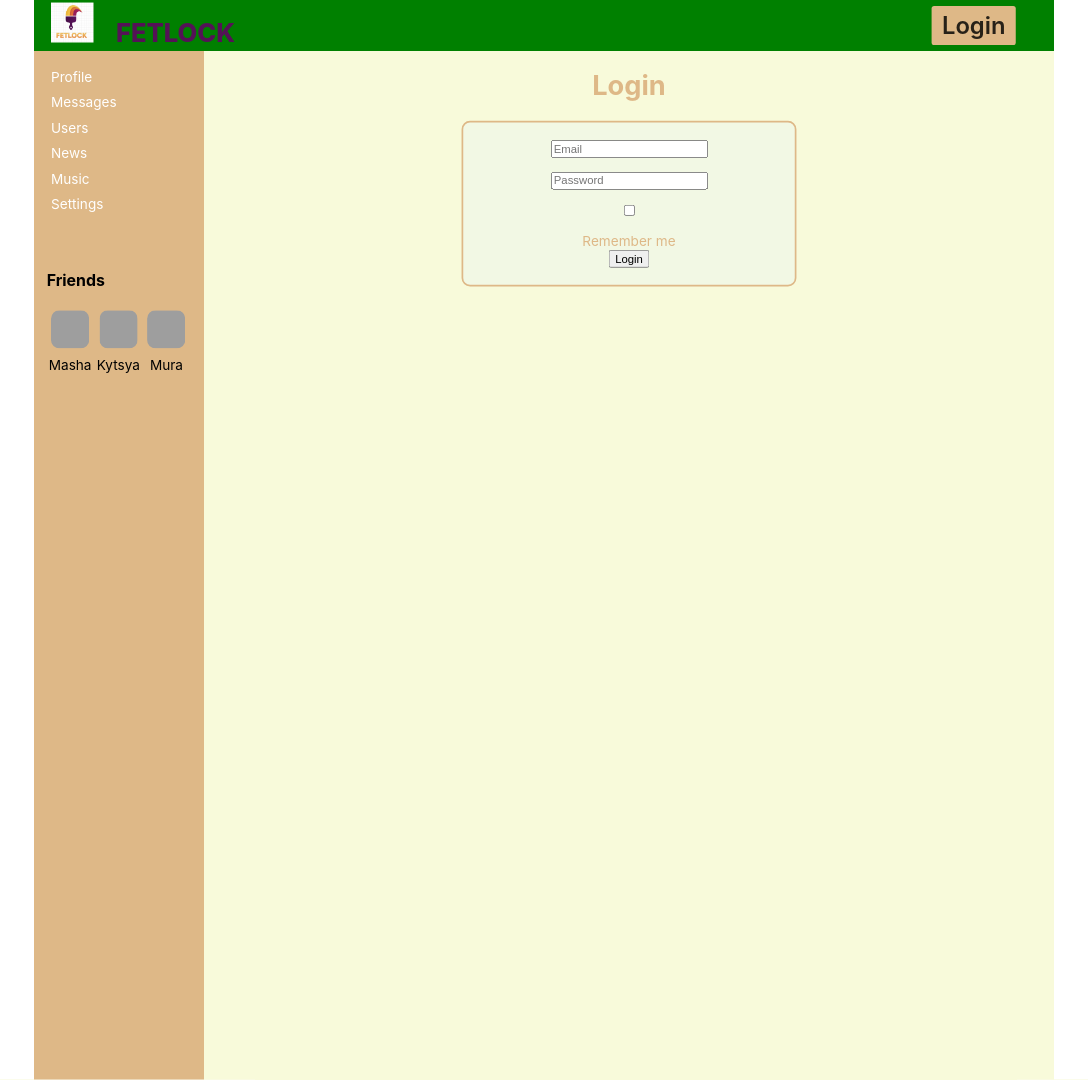
Repository: tetianatsymbal/react-way-of-samurai
Page: /profile
These files come from the project's save history. The page is drawn as it stood at one moment and after the next save; the edit follows.
The browser window is 1280 px wide. The pictures show the whole page, at 85% of full size.
Pictures or frames that could not be fetched are drawn as grey boxes. The page's requests for data from a server got no answer. The project was rebuilt for these pictures with package versions that can differ from the ones it lists, and the page was loaded fresh each time. No one was signed in, and anything a server would have sent is missing. Also part of the build but not shown: src/components/Dialogs/Dialogs.module.css, src/components/Dialogs/DialogItem/DialogItem.module.css, src/components/Dialogs/DialogItem/DialogItem.jsx, src/components/Dialogs/Message/Message.module.css, src/components/Dialogs/Message/Message.jsx, src/components/Dialogs/AddMessageForm/AddMessageForm.module.css, src/components/Dialogs/AddMessageForm/AddMessageForm.jsx, src/components/Dialogs/Dialogs.jsx and 17 more.

Above is the page before, as saved 2022-08-22 14:20:53.

### src/index.js
import * as serviceWorker from "./serviceWorker";
import store from "./redux/redux-store";
import React from "react";
import ReactDOM from "react-dom";
import "./index.css";
import App from "./App";
import { BrowserRouter } from "react-router-dom";
import { Provider } from "react-redux";

ReactDOM.render(
  <BrowserRouter>
    <Provider store={store}>
      <App/>
    </Provider>
  </BrowserRouter>,
  document.getElementById("root")
);

// If you want your app to work offline and load faster, you can change
// unregister() to register() below. Note this comes with some pitfalls.
// Learn more about service workers: http://bit.ly/CRA-PWA
serviceWorker.unregister();

### src/redux/redux-store.js
import { applyMiddleware, combineReducers, legacy_createStore as createStore } from "redux";
import profileReducer from "./profile-reducer";
import dialogsReducer from "./dialogs-reducer";
import sidebarReducer from "./sidebar-reducer";
import usersReducer from "./users-reducer";
import authReducer from "./auth-reducer";
import thunkMiddleware from "redux-thunk";
import { reducer as formReducer } from 'redux-form';

let reducers = combineReducers({
   profilePage: profileReducer,
   dialogsPage: dialogsReducer,
   sidebar: sidebarReducer,
   usersPage: usersReducer,
   auth: authReducer,
   form: formReducer,
});
let store = createStore(reducers, applyMiddleware(thunkMiddleware));

window.store =store;

export default store;

### src/App.js
import React from "react";
import "./App.css";
import DialogsContainer from "./components/Dialogs/DialogsContainer";
import HeaderContainer from "./components/Header/HeaderContainer";
import Music from "./components/Music/Music";
import Navbar from "./components/Navbar/Navbar";
import News from "./components/News/News";
import Settings from "./components/Settings/Settings";
import SidebarContainer from "./components/Sidebar/SidebarContainer";
import UsersContainer from "./components/Users/UsersContainer";
import { Route, Routes } from "react-router-dom";
import ProfileContainer from "./components/Profile/ProfileContainer";
import LoginPage from "./components/Login/Login";

const App = (props) => {
  return (
    <div className="app-wrapper">
      <HeaderContainer />
      <Navbar />
      <SidebarContainer/>
      <div className="app-wrapper-content">
        <Routes>
          <Route
            path="/dialogs/*"
            element={<DialogsContainer />} />
          <Route
            path="/profile"
            element={<ProfileContainer key={1} />} exact/>
          <Route
            path="/profile/:userId"
            element={<ProfileContainer key={2} />} />
          <Route path="/users/*" element={<UsersContainer />} />
          <Route path="/news/*" element={<News />} />
          <Route path="/music/*" element={<Music />} />
          <Route path="/login/*" element={<LoginPage />} />ы
          <Route path="/settings/*" element={<Settings />} />

        </Routes>
      </div>
    </div>
  );
};

export default App;

### src/redux/profile-reducer.js
import {profileAPI, usersAPI} from '../api/api';

const ADD_POST = "ADD-POST";
const SET_USER_PROFILE = "SET_USER_PROFILE";
const SET_STATUS = "SET_STATUS";

let initialState = {
  posts: [
    { id: 1, message: "Hi! How are you?", likeCount: 12 },
    { id: 2, message: "Hello! It's my first post!", likeCount: 7 },
    { id: 3, message: "Hi! Have a good day!!!", likeCount: 23 },
    { id: 4, message: "Have a good day!!!", likeCount: 190 },
  ],
  profile: null,
  status: "",
};


const profileReducer = (state = initialState, action) => {
  switch (action.type) {
    case ADD_POST:{
      let newPost = {
        id: 5,
        message: action.newPostText,
        likeCount: 0,
      };
      return {
        ...state,
        posts: [...state.posts, newPost],
        newPostText: ""
      };
    }

    case SET_STATUS:{
      return {
        ...state,
        status: action.status,
      };
    }
    case SET_USER_PROFILE:{
      return {
        ...state,
        profile: action.profile,
      };
    }


    default:
      return state;
  }
};

export const addPostActionCreator = (newPostText) => ({type: ADD_POST, newPostText});
export const setUserProfile = (profile) => ({type: SET_USER_PROFILE, profile});
export const setStatus = (status) => ({type: SET_STATUS, status});

export const getUserProfileThunk = (userId) => {
  return (dispatch) => {
    usersAPI.getProfile(userId)
    .then(response => {
      dispatch(setUserProfile(response.data));
    });
  }
};

export const getStatusThunk = (userId) => (dispatch) => {
  profileAPI.getStatus(userId)
  .then(response => {
    dispatch(setStatus(response.data))
  });
}
export const updateStatusThunk = (status) => (dispatch) => {
  profileAPI.updateStatus(status)
  .then(response => {
    if(response.data.resultCode === 0) {
      dispatch(setStatus(status))
    }
  });
}

export default profileReducer;

### src/redux/dialogs-reducer.js
const SEND_MESSAGE = "SEND-MESSAGE";

let initialState = {
  messages: [
    { id: 1, message: "Do you like React?" },
    { id: 2, message: "Everything will be ok!" },
    { id: 3, message: "Hi here! It's new opportunity for you!" },
    { id: 4, message: "Hi! It's for you!" },
  ],
  dialogs: [
    { id: 1, name: "Tanya" },
    { id: 2, name: "Olezhychka" },
    { id: 3, name: "Kytsya" },
    { id: 4, name: "Mura" },
  ]
}
const dialogsReducer = (state = initialState, action) => {
  switch (action.type) {
    case SEND_MESSAGE:
      return {
        ...state,
        messages: [...state.messages, {id: 6, message: action.newMessageBody}]
      };

    default:
      return state;
  }
};

export const sendMessageActionCreator = (newMessageBody) => ({type: SEND_MESSAGE, newMessageBody});

export default dialogsReducer;

### src/redux/sidebar-reducer.js
let initialState = {
  friends: [
    {
      id: 1,
      name: "Masha",
      src:
        "https://i.pinimg.com/564x/69/f7/50/69f7503539aa89c9c116e9ae1b240b57.jpg",
    },
    {
      id: 2,
      name: "Kytsya",
      src:
        "https://i.pinimg.com/564x/10/5e/af/105eaf02df542edc165dca355862c08b.jpg",
    },
    {
      id: 3,
      name: "Mura",
      src:
        "https://i.pinimg.com/564x/a7/8c/b8/a78cb811d0a73b880364de2886ad41c6.jpg",
    }
  ]
};
const sidebarReducer = (state = initialState, action) => {
  return state;
};
export default sidebarReducer;

### src/redux/auth-reducer.js
import { stopSubmit } from "redux-form";
import { authAPI } from "../../src/api/api"

const SET_USER_DATA = "ADD-SET_USER_DATA";

let initialState = {
  id: null,
  email: null,
  login: null,
  isAuth: false
  // isFetching: false,
};


const authReducer = (state = initialState, action) => {
  switch (action.type) {
    case SET_USER_DATA:{
      return {
        ...state,
        ...action.payload
      }
    }



    default:
      return state;
  }
};

export const setAuthUserData = (id, email, login, isAuth) => ({type: SET_USER_DATA, payload: {id, email, login, isAuth}});

export const getAuthThunk = () => {
  return (dispatch) => {
    authAPI.getAuth()
    .then(data => {
        if (data.resultCode === 0) {
            let {id, email, login} = data.data;
            dispatch(setAuthUserData(id, email, login, true));
        }
    });
  }
};


export const login = (email, password, rememberMe) => (dispatch)=>{
  let action = stopSubmit("login", {_error: "Please, check your login or email."});
  dispatch(action);
  return;
  return (dispatch) => {
    authAPI.login(email, password, rememberMe)
    .then(data => {
        if (data.resultCode === 0) {
            dispatch(getAuthThunk());
        }
    });
  }
};

export const logout = () => (dispatch) => {
  return (dispatch) => {
    authAPI.logout()
    .then(data => {
        if (data.resultCode === 0) {
          dispatch(setAuthUserData(null, null, null, false));
        }
    });
  }
};



export default authReducer;

### src/App.css
.app-wrapper {
  margin: 0 auto;
  display: grid;
  width: 1200px;
  grid-template-areas:
  "h h"
  "n c"
  "s c";

   grid-template-rows: 60px 2fr 9fr;
    grid-template-columns: 2fr 10fr;
    /* grid-gap: 10px; */

}
.nav {
  grid-area: n;
  background-color: burlywood;
}
.app-wrapper-content {
  grid-area: c;
  background-color: rgb(248, 250, 218);
}
.sidebar {
  grid-area: s;
}

### src/components/Dialogs/DialogsContainer.jsx
import React from 'react';
import { connect } from "react-redux";
import { compose } from 'redux';
import { withAuthRedirect } from "../../hoc/withAuthRedirect";
import {sendMessageActionCreator} from "../../redux/dialogs-reducer";
import Dialogs from "./Dialogs";

let mapStateToProps = (state) => {
  return {
    dialogsPage: state.dialogsPage
  }
}

let mapDispatchToProps = (dispatch) => {
  return {
    sendMessage: (newMessageBody) => {
      dispatch(sendMessageActionCreator(newMessageBody));
    }
  }
}

// let AuthRedirectComponent = withAuthRedirect(Dialogs);

// const DialogsContainer = connect(mapStateToProps, mapDispatchToProps)(AuthRedirectComponent);

export default compose(
  connect(mapStateToProps, mapDispatchToProps),
  withAuthRedirect
)(Dialogs);
// check maybe should be DialogsContainer in () 32 row

### src/components/Header/HeaderContainer.jsx
import React from 'react';
import Header from './Header';
import { connect } from 'react-redux';
import { getAuthThunk, logout } from '../../redux/auth-reducer';


class HeaderContainer extends React.Component {

    componentDidMount(){
        this.props.getAuthThunk();

    }
    render() {
        return <Header {...this.props}/>
    }
}

const mapStateToProps = (state) => {
    return {
        isAuth: state.auth.isAuth,
        login: state.auth.login
    }
};

export default connect(mapStateToProps, {getAuthThunk, logout})(HeaderContainer);

### src/components/Navbar/Navbar.jsx
import React from 'react';
import s from './Navbar.module.css';
import { NavLink } from 'react-router-dom';

const Navbar = () => {
    return <nav className={s.nav}>
        <div className={s.item}>
            <NavLink to="/profile" className = { navData => navData.isActive ? s.active : s.item }>Profile</NavLink>
        </div>
        <div className={`${s.item} ${s.active}`}>
            <NavLink to="/dialogs" className = { navData => navData.isActive ? s.active : s.item }>Messages</NavLink>
        </div>
        <div className={s.item}>
            <NavLink to="/users" className = { usersData => usersData.isActive ? s.active : s.item }>Users</NavLink>
        </div>
        <div className={s.item}>
            <NavLink to="/news" className = { navData => navData.isActive ? s.active : s.item }>News</NavLink>
        </div>
        <div className={s.item}>
            <NavLink to="/music" className = { navData => navData.isActive ? s.active : s.item }>Music</NavLink>
        </div>
        <div className={s.item}>
            <NavLink to="/settings" className = { navData => navData.isActive ? s.active : s.item }>Settings</NavLink>
        </div>
    </nav>
}

export default Navbar;

### src/components/Sidebar/SidebarContainer.jsx
import {connect} from "react-redux";
import Sidebar from "./Sidebar"

const mapStateToProps = (state) => {
  return {
    sidebar: state.sidebar,
  }
};
// const mapDispatchToProps = (dispatch) => {
//   return {
//     null
//   }
// };

const SidebarContainer = connect(mapStateToProps, null)(Sidebar)

export default SidebarContainer;

### src/components/Profile/ProfileContainer.jsx
import React from 'react';
import { connect } from 'react-redux';
import { useLocation, useNavigate, useParams } from "react-router-dom";
import { compose } from 'redux';
import { withAuthRedirect } from '../../hoc/withAuthRedirect';
import { getUserProfileThunk, getStatusThunk, updateStatusThunk } from '../../redux/profile-reducer';
import Profile from './Profile';

function withRouter(Component) {
  function ComponentWithRouterProp(props) {
      let location = useLocation();
      let navigate = useNavigate();
      let params = useParams();
      return (
          <Component
              {...props}
              router={{ location, navigate, params }}
          />
      );
  }
 return ComponentWithRouterProp;
}

class ProfileContainer extends React.Component {

  componentDidMount(){
    let  userId = this.props.router.params.userId;
    if (!userId) {
      userId = 25113;
      // userId = 2;
    }

    this.props.getUserProfileThunk(userId);
    this.props.getStatusThunk(userId);

  }

  render () {
    return <Profile { ...this.props} status= {this.props.status} updateStatusThunk={this.props.updateStatusThunk}/>
  }
}

let mapStateToProps = (state) => ({
  profile: state.profilePage.profile,
  status: state.profilePage.status,
});

// let AuthRedirectComponent = withAuthRedirect(ProfileContainer);
// export default connect(mapStateToProps, {getUserProfileThunk})(withRouter(AuthRedirectComponent));

export default compose(
  connect(mapStateToProps, {getUserProfileThunk, getStatusThunk, updateStatusThunk}),
  withRouter,
  withAuthRedirect
)
(ProfileContainer);

### src/components/Login/Login.jsx
import React from "react";
import { connect } from "react-redux";
import { Field, reduxForm } from "redux-form";
import { required } from "../../utils/validators/validator";
import { Input } from "../common/FormsControls/FormsControls";
import { login } from "../../redux/auth-reducer";
import { Navigate } from "react-router-dom";
import style from "./../common/FormsControls/FormsControls.module.css"

const LoginForm = (props) => {
  return (
   <form onSubmit={props.handleSubmit} className={style.loginForm}>
      <div>
         <Field placeholder={"Email"} name={"email"} component={Input} validate={[required]}/>
      </div>
      <div>
         <Field placeholder={"Password"} name={"password"} component={Input} validate={[required]} type="password"/>
      </div>
      <div className={style.rememberMe}>
         <Field c name={"rememberMe"} type={"checkbox"} component={Input}/> <label name= {"rememberMe"}>Remember me</label>
      </div>
      { props.error && <div className={style.formSummaryError}>{props.error}</div>}
      <div>
         <button>Login</button>
      </div>
   </form>

  );
};
const LoginReduxForm = reduxForm ({form: 'login'})(LoginForm);

const Login = (props) => {
   const onSubmit = (formData) =>{
      props.login(formData.email, formData.password, formData.rememberMe);
   }
   if (props.isAuth) {
      return <Navigate to= {"/profile"}></Navigate>
   }
   return (
     <div className={style.loginBlock}>
       <h1>Login</h1>
      <LoginReduxForm onSubmit={onSubmit}/>
     </div>
   );
 };
 const mapStateToProps = (state) =>({
   isAuth: state.auth.isAuth
 })
export default connect(mapStateToProps, {login })(Login);

### src/api/api.js
import * as axios from "axios";

const axiosInstance = axios.create({
  baseURL: `https://social-network.samuraijs.com/api/1.0/`,
  withCredentials: true,
  headers: { "API-KEY": "8ac57bdd-335d-4484-97e6-aa82dc13f9bd" },
});

export const usersAPI = {
  getUsers(currentPage, pageSize) {
   return (
    axiosInstance.get(`users?page=${currentPage}&count=${pageSize}`)
     .then (response => response.data)
   );
  },
  deleteFollowing(userId) {
    return (
     axiosInstance.delete(`follow/${userId}`)
     .then (response => response.data)
    );
  },
  doFollowing(userId) {
    return (
     axiosInstance.post(`follow/${userId}`, {})
     .then (response => response.data)
    );
  },

  getProfile(userId) {
    console.warn("Obsolete method. Please use authAPI object");
    return profileAPI.getProfile(userId);
   },
};

export const profileAPI = {
  getProfile(userId) {
    return (
      axiosInstance.get(`profile/` + userId)
    );
  },
  getStatus(userId){
    return(
      axiosInstance.get(`profile/status/` + userId)
    );
  },
  updateStatus(status){
    return(
      axiosInstance.put(`profile/status`, {status: status})
    );
  },
};


export const authAPI = {
  getAuth() {
    return (
     axiosInstance.get(`auth/me`)
     .then (response => response.data)
    );
  },
  login(email, password, rememberMe = false) {
    return (
    axiosInstance.post(`auth/login`, {email, password, rememberMe})
    .then (response => response.data)
    );
  },
  logout() {
    return (
    axiosInstance.delete(`auth/login`)
    .then (response => response.data)
    );
  }
}

### src/hoc/withAuthRedirect.js
import React from "react";
import { connect } from "react-redux";
import { Navigate } from "react-router-dom";


let mapStateToPropsForRedirect = (state) => ({
   isAuth: state.auth.isAuth,
});

export const withAuthRedirect = (Component) => {
   class RedirectComponent extends React.Component {
      render() {
         if (!this.props.isAuth) return <Navigate to={"/Login"}/>;
         return <Component {...this.props} />;
      }
   }
   let ConnectedAuthRedirectComponent = connect(mapStateToPropsForRedirect)(RedirectComponent);

   return ConnectedAuthRedirectComponent;
};

### src/components/Header/Header.jsx
import React from "react";
import s from "./Header.module.css";
import logo from "../../assets/logo.jpg";

const Header = (props) => {
  return (
    <header className={s.header}>
      <div className={s.label}>
        <img src={logo} />
        <span className={s.socialName}> FETLOCK </span>
      </div>
      <div className={s.loginBlock}>
      { props.isAuth
      ? <div> {props.login}  - <button onClick={props.logout}>Log out</button></div>
      : <a href="/login">Login</a> }
      </div>
    </header>
  );
};

export default Header;

### src/components/Navbar/Navbar.module.css

.nav {
  grid-area: n;
  background-color: burlywood;
  padding: 20px;
}
.item {
  color: white;
  text-decoration: none;
  margin-bottom: 10px;
}
.active {
  color: green;
  text-decoration: none;
}

### src/components/Sidebar/Sidebar.jsx
import React from "react";
import s from "./Sidebar.module.css";
import { NavLink } from "react-router-dom";

const Sidebar = (props) => {
  let path = "/dialogs/" + props.sidebar.friends.id;
  let friendsElements = props.sidebar.friends.map((f) => (
    <NavLink to={path}>
      <div className={s.friend}>
        <div>
          <img className={s.friendImg} src={f.src} />
        </div>
        <div>{f.name}</div>
      </div>
    </NavLink>
  ));

  return (
    <div className={s.sidebar}>
      <h3>Friends</h3>
      <div className={s.friends}>
        {friendsElements}
        <div />
      </div>
    </div>
  );
};

export default Sidebar;

### src/utils/validators/validator.js
export const required = (value) => {
 if (value) return undefined;
 return "Field is required";
}

export const maxLengthCreator = (maxLength) => (value) => {
 if (value.length > maxLength) {
   return `Max length is ${maxLength} symbols`;
  } return undefined;
}

### src/components/common/FormsControls/FormsControls.js
import React from "react";
import style from "./FormsControls.module.css";

export const FormControl = ({input, meta, ...props}) => {
   const hasError = meta.touched && meta.error;
   return (
      <div className={style.formControl + " " + (hasError? style.error : "")}>
         { hasError && <span>{meta.error}</span> }
         <div>
            {props.children}
         </div>
      </div>
   )
}
export const Textarea = (props) => {
   const {input, meta, ...restProps} = props;
   return <FormControl {...props}><textarea {...input} {...restProps}/></FormControl>

}
export const Input = (props) => {
   const {input, meta, ...restProps} = props;
   return <FormControl {...props}><input {...input} {...restProps}/></FormControl>
}

### src/components/common/FormsControls/FormsControls.module.css
.formControl{
margin-bottom: 15px;
}

.formControl.error input,
.formControl.error textarea {
   border: solid indianred 2px;
   margin-top: 10px;
}
.formControl.error span {
   color: indianred;
}
.loginBlock{
   margin: 0 auto;
   text-align: center;
   color: burlywood;
}
.rememberMe{
   display: inline;
}
.loginForm {
   padding: 20px;
   width: 35%;
   text-align: center;
   margin: 0 auto;
   background-color: rgba(229, 241, 252, 0.3);
   border: burlywood 2px solid;
   border-radius: 10px;
}
.formSummaryError{
   width: 80%;
   border: 1px solid tomato;
   background-color: cornsilk;
   color: indianred;
   font-size: 16px;
   text-align: center;
   padding: 3px;
   margin: 20px auto;
}

### src/components/Header/Header.module.css
.header {
  grid-area: h;
  background-color: green;
  display: flex;
  justify-content: space-between;
  align-items: center;
}
.header img {
  width: 50px;
  margin: 0 20px;
}
.socialName{
  color: #541256;
  font-size: 30px;
  font-weight: 800;
  text-transform: uppercase;
  text-align: center;
}
.loginBlock {
  align-items: center;
  margin-right: 45px;
  color: blanchedalmond;
  font-size: 28px;
  font-weight: 600;
}
.loginBlock a {
  background-color: burlywood;
  color: #272118;
  border-radius: 3px;
  text-decoration: none;
  padding: 6px 12px;
  text-transform: all 500ms ease;
}
.loginBlock:hover a {
  background-color: #dba058;
}

### src/components/Sidebar/Sidebar.module.css
.sidebar {
  background-color: burlywood;
  padding: 20px 15px;
}
.friends {
 display: flex;
 flex-direction: row;
 justify-content: space-between;
}
.friends a {
  display: block;
  align-items: center;
  text-align: center;
  text-decoration: none;
  color: black;
}
.friendImg{
  width: 45px;
  height: 45px;
  border-radius: 10px;
  margin: 5px;
}
.friend {
}

Loaded but not shown: public/index.html (common file); src/serviceWorker.js (common file); src/index.css (common file); src/redux/users-reducer.js (186 lines, source omitted); src/components/Music/Music.module.css (no stored copy; drawn as an empty file); src/components/Profile/Profile.module.css (no stored copy; drawn as an empty file); src/components/Settings/Settings.module.css (no stored copy; drawn as an empty file)

After the next save:
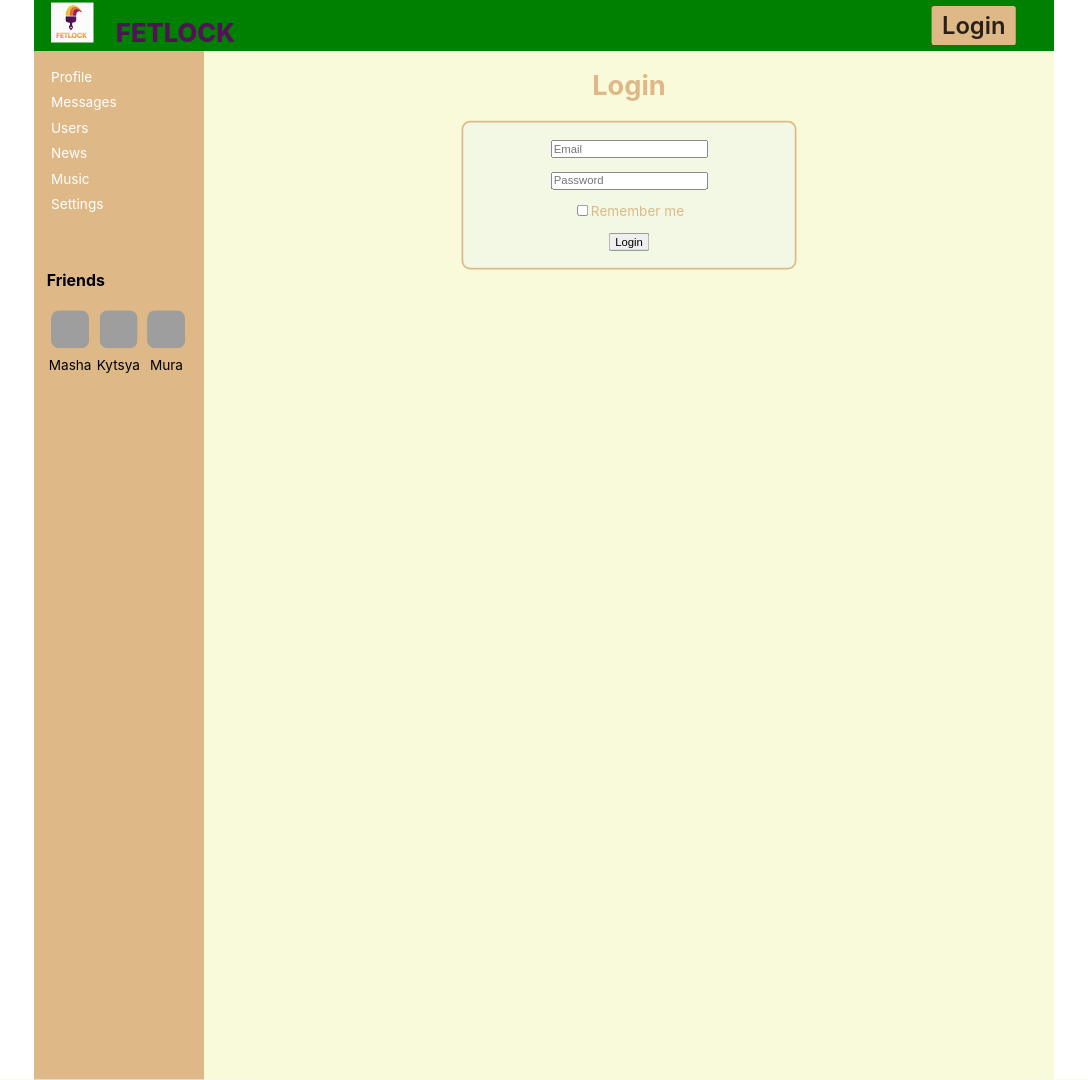
Saved 99 s later.
--- a/src/components/common/FormsControls/FormsControls.module.css
+++ b/src/components/common/FormsControls/FormsControls.module.css
@@ -16,7 +16,8 @@ margin-bottom: 15px;
    color: burlywood;
 }
 .rememberMe{
-   display: inline;
+   display: flex;
+   justify-content: center;
 }
 .loginForm {
    padding: 20px;
